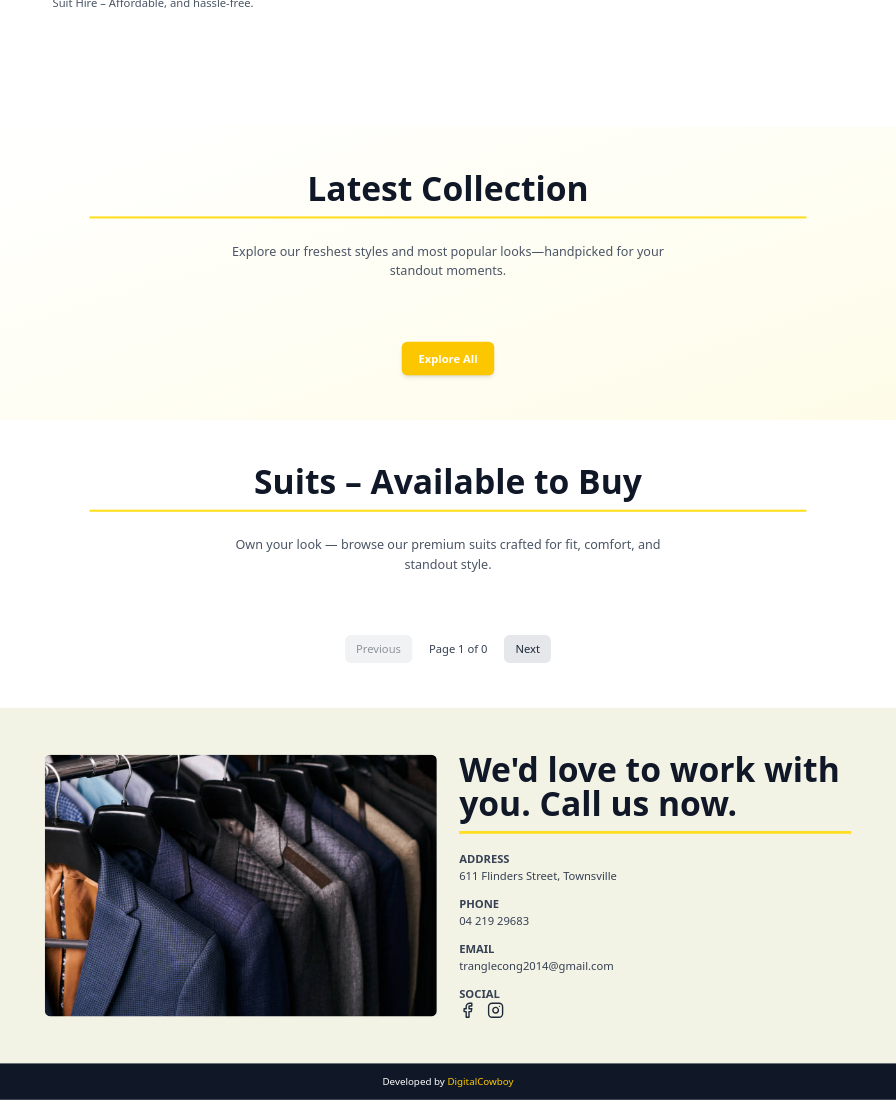
Repository: tarekhasan1/townsville-alteration
Page: /
These files come from the project's save history. The page is drawn as it stood at one moment and after the next save; the edit follows.
The browser window is 1280 px wide. The pictures show the part of the page from y = 1783 to 3703 px (the page is 3354 px tall before and 3773 px after), at 70% of full size.
The page's requests for data from a server got no answer. The project was rebuilt for these pictures with package versions that can differ from the ones it lists, and the page was loaded fresh each time. The framework's server and built-in components were replaced by stand-ins that run in the browser. No one was signed in, and anything a server would have sent is missing. Also part of the build but not shown: next.config.ts.

Above is the page before, as saved 2026-01-21 05:16:43.

### src/app/layout.tsx
// app/layout.tsx
import type { Metadata } from "next";
import { Geist, Geist_Mono } from "next/font/google";
import "./globals.css";
import Navbar from "@/components/Navbar";
import ContactSection from "@/components/ContactSection";
import DevelopedBy from "@/components/DevelopedBy";
import { headers } from "next/headers";
import LayoutShell from "@/components/LayoutShell";

const geistSans = Geist({
  variable: "--font-geist-sans",
  subsets: ["latin"],
});

const geistMono = Geist_Mono({
  variable: "--font-geist-mono",
  subsets: ["latin"],
});

export const metadata: Metadata = {
  title: "Townsville Alterations and Formal Wear | Tailoring, Suit Hire, Alterations",
  description: "Townsville Alterations and Formal Wear - Reinvent Your Wardrobe. Hire or tailor-make outfits that turn heads. Expert suit hire, bridal alterations, and tailoring in Townsville.",
  keywords: "Townsville Tailoring, Formal Wear Townsville, Suit Hire, Alterations, Wedding Dress Alterations, Custom Tailoring",
  authors: [{ name: "Townsville Alterations & Formal Wear" }],
  creator: "Townsville Alterations & Formal Wear",
  publisher: "Townsville Alterations & Formal Wear",
  robots: "index, follow",
  icons: "/logo.png",
};

export default function RootLayout({ children }: { children: React.ReactNode }) {
  return (
    <html lang="en">
      <body>
        <LayoutShell>{children}</LayoutShell>
      </body>
    </html>
  );
}

### src/app/page.tsx
import BannerCarousel from "@/components/BannerCarousel";
import LatestCollection from "@/components/LatestCollection";
import ServicesSection from "@/components/ServicesSection";
import SuitsForSaleSection from "@/components/SuitForSaleSection";
import TailoringSection from "@/components/TailoringSection";

export default function Home() {
  return (
    <div>
      <BannerCarousel/>
      <TailoringSection/>
      <ServicesSection/>
      <LatestCollection/>
      <SuitsForSaleSection/>
    </div>
  );
}

### src/app/globals.css
@import "tailwindcss";

:root {
  --background: #ffffff;
  --foreground: #171717;
}

### src/components/LayoutShell.tsx
// components/LayoutShell.tsx
'use client';

import { usePathname } from 'next/navigation';
import Navbar from '@/components/Navbar';
import ContactSection from '@/components/ContactSection';
import DevelopedBy from '@/components/DevelopedBy';

export default function LayoutShell({ children }: { children: React.ReactNode }) {
  const pathname = usePathname();
  const isAdminRoute = pathname.startsWith('/admin');

  return (
    <>
      {!isAdminRoute && <Navbar />}
      {children}
      {!isAdminRoute && (
        <>
          <ContactSection />
          <DevelopedBy />
        </>
      )}
    </>
  );
}

### src/components/BannerCarousel.tsx
"use client";
import { useState, useEffect } from "react";
import Image from "next/image";
import Link from "next/link";

const images = [
  "/3.jpeg",
  "/4.jpeg",
  "/5.jpeg",
  "/6.jpeg",
  "/8.jpeg",
  "/9.jpeg",
  "/12.jpeg",
  "/13.jpeg",
];

const BannerCarousel = () => {
  const [currentIndex, setCurrentIndex] = useState(0);

  useEffect(() => {
    const interval = setInterval(() => {
      setCurrentIndex((prevIndex) => (prevIndex + 1) % images.length);
    }, 5000);
    return () => clearInterval(interval);
  }, []);

  return (
    <div className="relative w-full min-h-[100vh] flex flex-col lg:flex-row items-center bg-white px-4 pt-[120px] lg:pt-0 lg:px-16 py-10">
      {/* Image Carousel */}
      <div className="relative w-full lg:w-1/2 h-96 lg:h-[500px] overflow-hidden">
        {images.map((src, index) => (
          <Image
            key={index}
            src={src}
            alt={`Townsville Alterations & Formal Wear Image ${index + 1}`}
            fill
            className={`absolute inset-0 transition-opacity duration-1000 rounded-lg ${index === currentIndex ? "opacity-100" : "opacity-0"} object-cover`}
          />
        ))}
      </div>

      {/* Text Section */}
      <header className="w-full lg:w-1/2 text-center lg:text-left mt-6 lg:mt-0 px-6">
        <h2 className="text-gray-800 text-lg uppercase tracking-wider">
          Reinvent Your Wardrobe. Or Hire One That Turns Heads.
        </h2>
        <h2 className="text-4xl lg:text-5xl font-semibold text-gray-900 mt-4">
          Townsville Alterations & Formal Wear
        </h2>
        <div className="mt-12">
          <Link
            href="/about-us"
            aria-label="Learn more about Townsville Alterations and Formal Wear"
            className="mt-6 border border-gray-800 px-6 py-3 text-gray-800 hover:bg-yellow-300 hover:cursor-pointer hover:text-gray-900 hover:ease-in-out hover:border-gray-50 transition-all"
          >
            Learn More
          </Link>
        </div>
      </header>
    </div>
  );
};

export default BannerCarousel;

### src/components/LatestCollection.tsx
// components/LatestCollection.tsx
'use client';

import ImageGallery from "@/components/ImageGallery";

export default function LatestCollection() {
  return (
    <section id="latest-collection">
      <ImageGallery
        collection="featured"
        title="Latest Collection"
        description="Explore our freshest styles and most popular looks—handpicked for your standout moments."
        itemsPerPage={6}
        showExploreButton={true}
      />
    </section>
  );
}

### src/components/ServicesSection.tsx
import Image from "next/image";

const services = [
  {
    icon: "/shirt-icon.png", // Replace with actual icon path
    title: "Custom-Made Suits",
    description: "Designed for your body, your style, your moment. Suit Hire – Affordable, and hassle-free."
  },
  {
    icon: "/dress-icon.png", // Replace with actual icon path
    title: "Bridal, Formal & Racewear Alterations",
    description: "Because the perfect dress deserves the perfect fit."
  },
  {
    icon: "/tape-icon.png", // Replace with actual icon path
    title: "Clothing Repairs & Restyling",
    description: "Don’t toss it, tailor it!"
  }
];

export default function ServicesSection() {
  return (
    <section className="py-12 text-center w-full min-h-[85vh]" aria-labelledby="services-section">
      <h2
        id="services-section"
        className="text-4xl md:text-5xl font-bold text-gray-900 mb-4"
        aria-describedby="services-description"
      >
        Services
      </h2>
      <div
        id="services-description"
        className="w-[80vw] border-b border-[2px] border-yellow-300 mx-auto mb-8"
      ></div>
      <div className="grid grid-cols-1 md:grid-cols-3 gap-8 mx-auto px-6">
        {services.map((service, index) => (
          <div key={index} className="flex flex-col items-center" aria-labelledby={`service-${index}-title`} aria-describedby={`service-${index}-desc`}>
            <Image
              src={service.icon}
              alt={service.title}
              width={200}
              height={200}
              className="mb-4"
              priority
            />
            <h3
              id={`service-${index}-title`}
              className="text-lg font-medium mb-2"
              aria-level={3}
            >
              {service.title}
            </h3>
            <p
              id={`service-${index}-desc`}
              className="text-gray-600"
              aria-labelledby={`service-${index}-title`}
            >
              {service.description}
            </p>
          </div>
        ))}
      </div>
    </section>
  );
}

### src/components/SuitForSaleSection.tsx
"use client";

import { useState, useEffect } from "react";
import Image from "next/image";
import { collection, getDocs } from "firebase/firestore";
import { db } from "@/firebase/config";

const itemsPerPage = 6;

export default function SuitsForSaleSection() {
  const [suitUrls, setSuitUrls] = useState<string[]>([]);
  const [currentPage, setCurrentPage] = useState(0);

  useEffect(() => {
    const fetchSuits = async () => {
      try {
        const snapshot = await getDocs(collection(db, "suits"));
        const urls = snapshot.docs.map((doc) => doc.data().url as string);
        setSuitUrls(urls);
      } catch (error) {
        console.error("Error fetching suits:", error);
      }
    };

    fetchSuits();
  }, []);

  const totalPages = Math.ceil(suitUrls.length / itemsPerPage);
  const paginatedSuits = suitUrls.slice(
    currentPage * itemsPerPage,
    (currentPage + 1) * itemsPerPage
  );

  return (
    <section
      id="suits-for-sale"
      className="bg-white py-16 px-6 md:px-12 lg:px-24 text-gray-800"
    >
      <div className="max-w-7xl mx-auto text-center">
        <h2 className="text-4xl md:text-5xl font-bold text-gray-900 mb-4">
          Suits – Available to Buy
        </h2>
        <div className="w-[80vw] border-b border-[2px] border-yellow-300 mx-auto mb-8"></div>
        <p className="text-lg text-gray-600 max-w-2xl mx-auto mb-12">
          Own your look — browse our premium suits crafted for fit, comfort, and standout style.
        </p>

        <div className="grid grid-cols-1 sm:grid-cols-2 md:grid-cols-3 gap-6">
          {paginatedSuits.map((url, index) => (
            <div
              key={index}
              className="group relative overflow-hidden rounded-xl shadow-md hover:shadow-xl transition-transform duration-300 ease-in-out transform hover:scale-105 bg-yellow-50"
            >
              <Image
                src={url}
                alt={`Suit for sale ${index + 1}`}
                width={500}
                height={600}
                className="w-full h-[300px] object-cover transition duration-300 group-hover:brightness-90"
              />
              <div className="absolute bottom-0 left-0 right-0 bg-white/80 backdrop-blur-sm p-4">
                <a
                  href="mailto:sales@townsvillealterationsformalwear.com?subject=Interested in Buying a Suit"
                  className="inline-block px-4 py-2 bg-yellow-300 text-gray-900 font-semibold rounded-md hover:bg-yellow-400 transition"
                >
                  Contact to Buy
                </a>
              </div>
            </div>
          ))}
        </div>

        <div className="flex justify-center items-center mt-10 space-x-6">
          <button
            onClick={() => setCurrentPage((prev) => Math.max(prev - 1, 0))}
            disabled={currentPage === 0}
            className="px-4 py-2 bg-gray-200 text-gray-800 rounded-lg hover:bg-yellow-300 disabled:opacity-50 disabled:cursor-not-allowed transition"
          >
            Previous
          </button>

          <span className="text-gray-700 font-medium">
            Page {currentPage + 1} of {totalPages}
          </span>

          <button
            onClick={() =>
              setCurrentPage((prev) => Math.min(prev + 1, totalPages - 1))
            }
            disabled={currentPage === totalPages - 1}
            className="px-4 py-2 bg-gray-200 text-gray-800 rounded-lg hover:bg-yellow-300 disabled:opacity-50 disabled:cursor-not-allowed transition"
          >
            Next
          </button>
        </div>
      </div>
    </section>
  );
}

### src/components/TailoringSection.tsx
/* eslint-disable react/no-unescaped-entities */
import Image from "next/image";

export default function TailoringSection() {
  return (
    <section id="tailoring-section" aria-labelledby="tailoring-section" className="bg-[#f0f1e6] py-16 px-6 md:px-16 lg:px-24">
      <div className="mx-auto grid grid-cols-1 md:grid-cols-2 gap-12 items-center">
        {/* Text Content */}
        <div>
          <h2 id="tailoring-section" className="text-4xl md:text-5xl font-bold text-gray-900 mb-4">
            Tailoring Perfection, One Stitch at a Time.
          </h2>
          <hr className="mb-4 md:mb-8 border-[2px] text-yellow-300"/>
          <p className="text-gray-700 text-lg mb-6">
            Whether you're looking for a tailor-made suit, a last-minute formalwear hire, or expert alterations, we’ve got you covered literally.
          </p>
          <p className="text-gray-700 text-lg">
            At Townsville Alterations & Formal Wear, we believe a perfect fit changes everything. Whether it’s a suit that makes you feel unstoppable, a wedding dress that fits like a dream, or a vintage jacket that just needs a little TLC, we’re here to make sure your wardrobe works for you. With decades of experience in custom tailoring, suit hire, and alterations, our team takes pride in bringing high-quality craftsmanship to Townsville’s fashion scene.
          </p>
        </div>

        {/* Image Content */}
        <div className="grid grid-cols-1 gap-6">
          <div className="relative w-full h-30 md:h-40">
            <Image
              src="/tailored-suit.jpg"
              alt="Tailored custom suits in Townsville"
              layout="fill"
              objectFit="cover"
              className="rounded-lg"
            />
          </div>
          <div className="relative w-full h-60 md:h-80">
            <Image
              src="/tape.jpg"
              alt="Measuring tape representing precision tailoring in Townsville"
              layout="fill"
              objectFit="cover"
              className="rounded-lg"
            />
          </div>
        </div>
      </div>
    </section>
  );
}

### src/components/ContactSection.tsx
'use client';

import Image from 'next/image';
import { Facebook, Instagram } from 'lucide-react';

export default function ContactSection() {
  return (
    <footer
      id="contact"
      aria-labelledby="contact-us"
      className="bg-[#f2f2e5] p-8 md:p-12 lg:p-16"
    >
      <div className="mx-auto grid grid-cols-1 md:grid-cols-2 gap-8 items-center">
        <div className="w-full h-auto relative">
          <Image
            src="/tailored-suit.jpg"
            alt="Tailored suits on hangers"
            width={600}
            height={400}
            className="rounded-lg"
            priority
          />
        </div>
        <div className="space-y-6 text-center md:text-left">
          <h2
            id="contact-us"
            className="text-4xl md:text-5xl font-bold text-gray-900 mb-4"
          >
            We&apos;d love to work with you. Call us now.
          </h2>
          <hr className="border-yellow-300 border-[2px]" />
          <div className="space-y-4 text-gray-700">
            <div>
              <h3 className="font-semibold">ADDRESS</h3>
              <p>611 Flinders Street, Townsville</p>
            </div>
            <div>
              <h3 className="font-semibold">PHONE</h3>
              <p>04 219 29683</p>
            </div>
            <div>
              <h3 className="font-semibold">EMAIL</h3>
              <p>
                <a
                  href="mailto:tranglecong2014@gmail.com"
                  className="hover:text-gray-600"
                  aria-label="Email us at sales@tsvalterationsandformalwear.com"
                >
                  tranglecong2014@gmail.com
                </a>
              </p>
            </div>
            <div>
              <h3 className="font-semibold">SOCIAL</h3>
              <div className="flex justify-center md:justify-start space-x-4 text-xl">
                <a
                  target="_blank"
                  href="https://www.facebook.com/DressmakingAlterationsTownsville"
                  aria-label="Facebook - Townsville Alterations and Formal Wear"
                  className="text-gray-800 hover:text-gray-600"
                >
                  <Facebook size={24} />
                </a>
                <a
                  target="_blank"
                  href="https://www.instagram.com/tsvalterationformal?igsh=bXJkaXp3eXN4Yml2"
                  aria-label="Instagram - Townsville Alterations and Formal Wear"
                  className="text-gray-800 hover:text-gray-600"
                >
                  <Instagram size={24} />
                </a>
              </div>
            </div>
          </div>
        </div>
      </div>
    </footer>
  );
}

### src/components/DevelopedBy.tsx
// components/DevelopedBy.js

import React from 'react';

const DevelopedBy = () => {
  return (
    <footer className="bg-gray-900 text-white text-center py-4">
      <p className="text-sm">
        Developed by{' '}
        <a
          href="https://digitalcowboy.com.au"
          className="text-yellow-400 hover:underline"
          target="_blank"
          rel="noopener noreferrer"
        >
          DigitalCowboy
        </a>
      </p>
    </footer>
  );
};

export default DevelopedBy;

### src/firebase/config.ts
// Import the functions you need from the SDKs you need
import { initializeApp } from "firebase/app";
import { getFirestore } from 'firebase/firestore';
import { getStorage } from 'firebase/storage';
// TODO: Add SDKs for Firebase products that you want to use
// https://firebase.google.com/docs/web/setup#available-libraries

// Your web app's Firebase configuration
const firebaseConfig = {
  apiKey: process.env.NEXT_PUBLIC_FIREBASE_API_KEY,
  authDomain: process.env.NEXT_PUBLIC_FIREBASE_AUTH_DOMAIN,
  projectId: process.env.NEXT_PUBLIC_FIREBASE_PROJECT_ID,
  storageBucket: process.env.NEXT_PUBLIC_FIREBASE_STORAGE_BUCKET,
  messagingSenderId: process.env.NEXT_PUBLIC_FIREBASE_MESSAGING_SENDER_ID,
  appId: process.env.NEXT_PUBLIC_FIREBASE_APP_ID
};

// Initialize Firebase
const app = initializeApp(firebaseConfig);
export const db = getFirestore(app);
export const storage = getStorage(app);

### actions/client.action.ts
// lib/client.actions.ts
'use client';

import { collection, getDocs } from "firebase/firestore";
import { db } from "@/firebase/config";

export type CollectionType = 'gallery' | 'featured' | 'suits' | 'wedding-gowns';

export interface ImageData {
  id: string;
  url: string;
  fileName?: string;
  fileSize?: number;
  uploadedAt?: Date;
}

// Fetch images from a specific collection
export const fetchCollectionImages = async (collectionName: CollectionType): Promise<ImageData[]> => {
  try {
    const snapshot = await getDocs(collection(db, collectionName));
    const images = snapshot.docs.map((doc) => ({
      id: doc.id,
      url: doc.data().url as string,
      fileName: doc.data().fileName as string,
      fileSize: doc.data().fileSize as number,
      uploadedAt: doc.data().uploadedAt?.toDate() as Date,
    }));
    return images;
  } catch (error) {
    console.error(`Error fetching ${collectionName} images:`, error);
    throw new Error(`Failed to fetch ${collectionName} images`);
  }
};

// Fetch all images from all collections
export const fetchAllImages = async (): Promise<{
  gallery: ImageData[];
  featured: ImageData[];
  suits: ImageData[];
  weddingGowns: ImageData[];
}> => {
  try {
    const [gallery, featured, suits, weddingGowns] = await Promise.all([
      fetchCollectionImages('gallery'),
      fetchCollectionImages('featured'),
      fetchCollectionImages('suits'),
      fetchCollectionImages('wedding-gowns'),
    ]);

    return { gallery, featured, suits, weddingGowns };
  } catch (error) {
    console.error('Error fetching all images:', error);
    throw new Error('Failed to fetch images');
  }
};

// Fetch images with pagination
export const fetchPaginatedImages = async (
  collectionName: CollectionType,
  page: number,
  itemsPerPage: number
): Promise<{
  images: ImageData[];
  total: number;
  totalPages: number;
}> => {
  try {
    const allImages = await fetchCollectionImages(collectionName);
    const startIndex = page * itemsPerPage;
    const endIndex = startIndex + itemsPerPage;
    const paginatedImages = allImages.slice(startIndex, endIndex);
    const totalPages = Math.ceil(allImages.length / itemsPerPage);

    return {
      images: paginatedImages,
      total: allImages.length,
      totalPages,
    };
  } catch (error) {
    console.error(`Error fetching paginated ${collectionName} images:`, error);
    throw new Error(`Failed to fetch paginated ${collectionName} images`);
  }
};

### src/components/Gallery.tsx
// components/Gallery.tsx
'use client';

import ImageGallery from "@/components/ImageGallery";

export default function Gallery() {
  return (
    <section id="gallery" aria-labelledby="gallery-heading">
      <ImageGallery
        collection="gallery"
        title="Gallery"
        description="A peek into our work, transformations, and the beautiful details we've tailored for real moments."
        itemsPerPage={12}
        showExploreButton={true}
      />
    </section>
  );
}

Loaded but not shown: src/components/ImageGallery.tsx (186 lines, source omitted); src/components/Navbar.tsx (170 lines, source omitted)

After the next save:
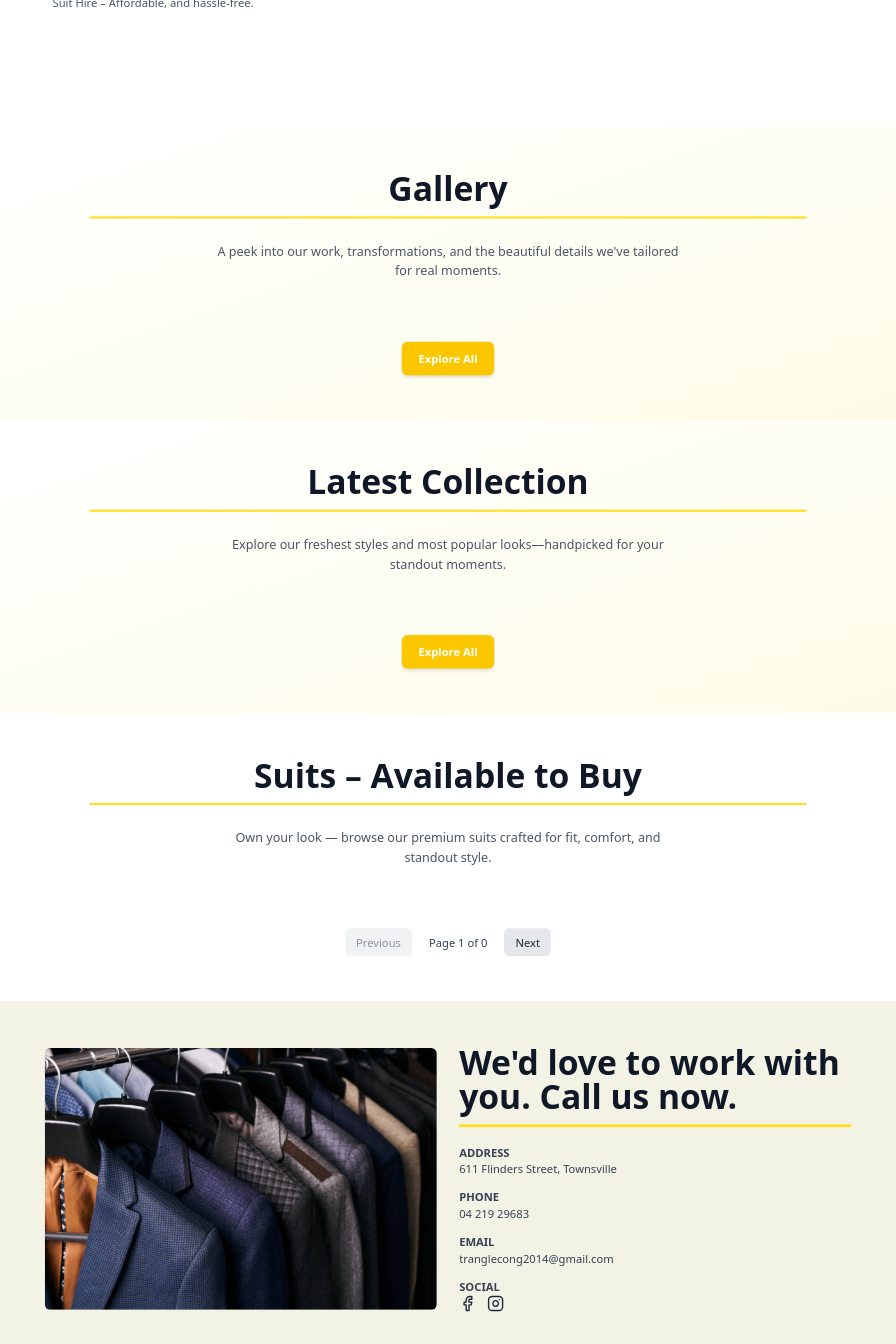
Saved 5 min 18 s later.
--- a/src/app/page.tsx
+++ b/src/app/page.tsx
@@ -1,4 +1,5 @@
 import BannerCarousel from "@/components/BannerCarousel";
+import Gallery from "@/components/Gallery";
 import LatestCollection from "@/components/LatestCollection";
 import ServicesSection from "@/components/ServicesSection";
 import SuitsForSaleSection from "@/components/SuitForSaleSection";
@@ -10,6 +11,7 @@ export default function Home() {
       <BannerCarousel/>
       <TailoringSection/>
       <ServicesSection/>
+      <Gallery/>
       <LatestCollection/>
       <SuitsForSaleSection/>
     </div>
